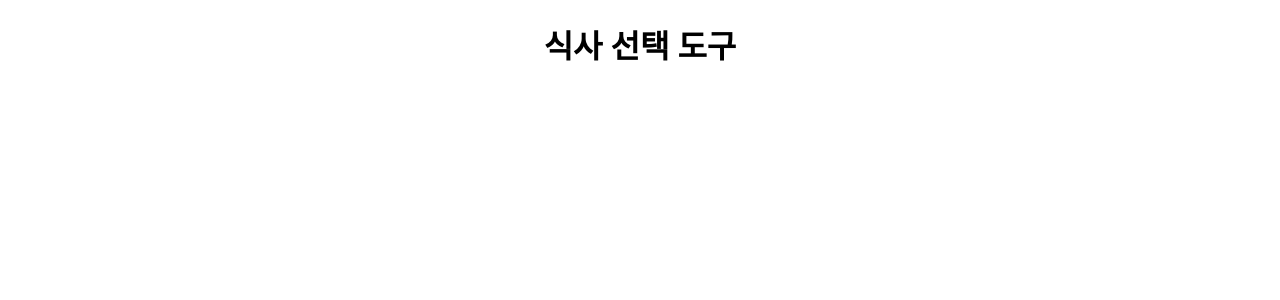
Repository: kimgh06/JavaWeb
Page: http://localhost/what/
These files come from the project's save history. The page is drawn as it stood at one moment and after the next save; the edit follows.
The browser window is 1280 px wide. The pictures show the whole page.
The page is served by Tomcat 9.

Above is the page before, as saved 2022-11-03 02:12:24.

After the next save:
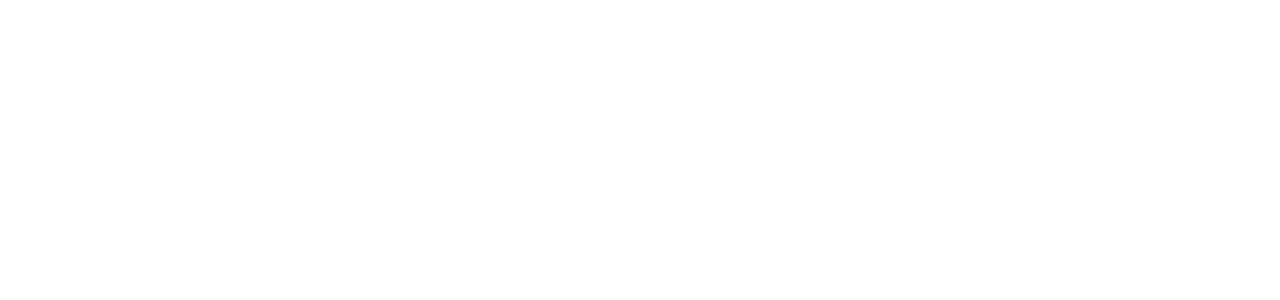
Saved 14 s later.
--- a/what/src/main/webapp/index.jsp
+++ b/what/src/main/webapp/index.jsp
@@ -8,7 +8,7 @@
 <link href ="./main.css" rel = "stylesheet" type = "text/css">
 </head>
 <body>
-	<h1 style="text-align:center">식사 선택 도구</h1>
+	<h1 id="main>식사 선택 도구</h1>
 	<div id="main">
 	</div>
 </body>

After the save that followed:
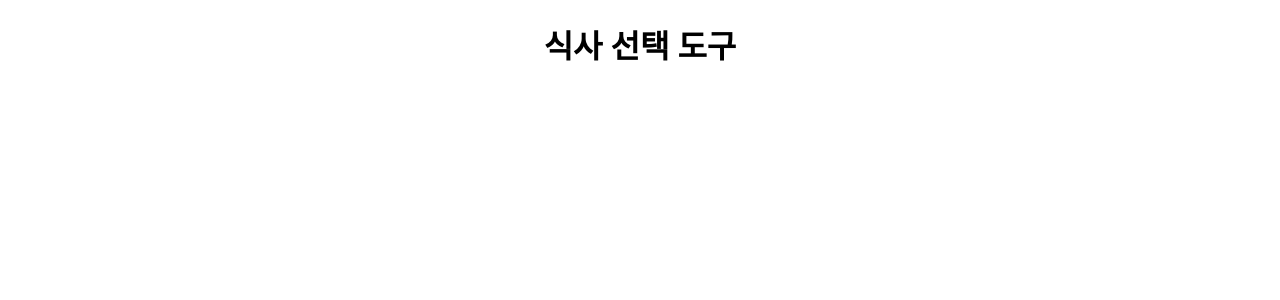
Saved 9 s later.
--- a/what/src/main/webapp/index.jsp
+++ b/what/src/main/webapp/index.jsp
@@ -8,7 +8,7 @@
 <link href ="./main.css" rel = "stylesheet" type = "text/css">
 </head>
 <body>
-	<h1 id="main>식사 선택 도구</h1>
+	<h1 id="main">식사 선택 도구</h1>
 	<div id="main">
 	</div>
 </body>
